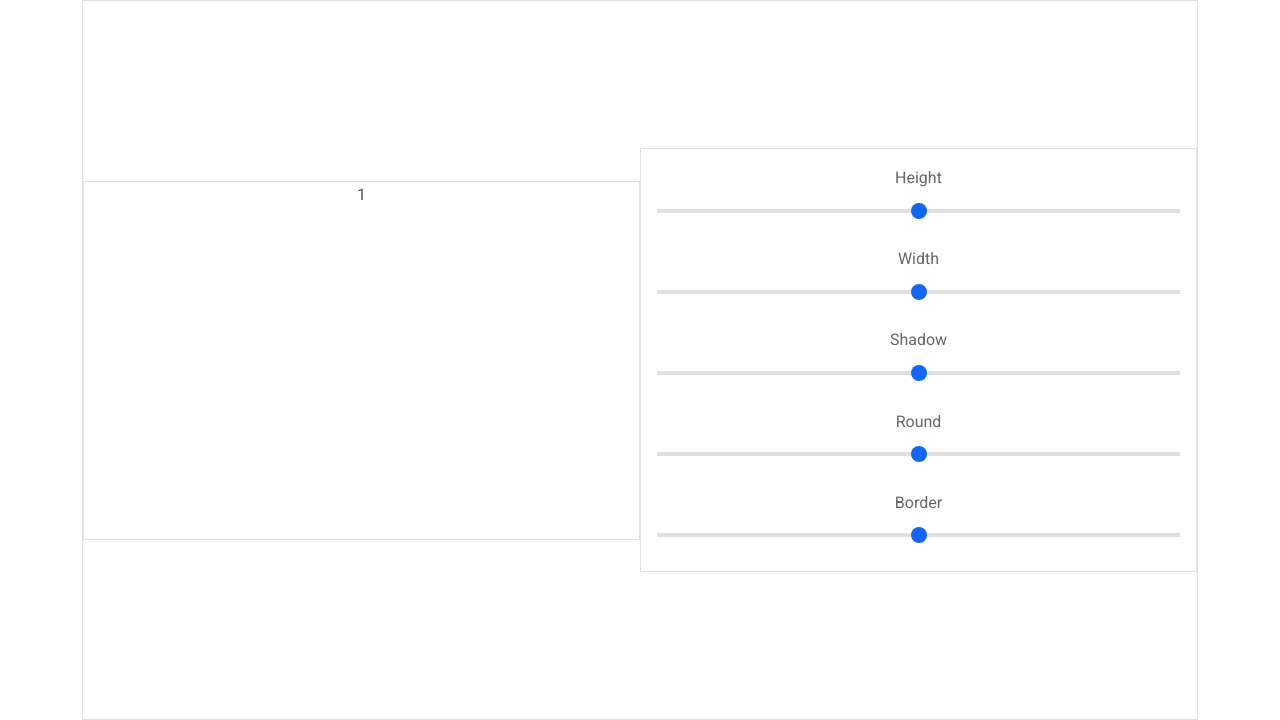
Repository: USaditya98/card-generator
Page: index.html
The author's editor kept a copy of each file at every save. The page is drawn from the files as they stood at one save, then again after a run of saves.
The browser window is 1280 px wide. The pictures show the whole page.

Above is the page before, as saved 2021-10-20 11:19:10.

### index.html
<!DOCTYPE html>
<html lang="en">
  <head>
    <meta charset="UTF-8" />
    <meta name="viewport" content="width=device-width, initial-scale=1, shrink-to-fit=no" />
    <meta http-equiv="x-ua-compatible" content="ie=edge" />
    <title>Material Design for Bootstrap</title>
    <!-- MDB icon -->
    <link rel="icon" href="img/mdb-favicon.ico" type="image/x-icon" />
    <!-- Font Awesome -->
    <link rel="stylesheet" href="https://use.fontawesome.com/releases/v5.15.2/css/all.css" />
    <!-- Google Fonts Roboto -->
    <link
      rel="stylesheet"
      href="https://fonts.googleapis.com/css2?family=Roboto:wght@300;400;500;700;900&display=swap"
    />
    <!-- MDB -->
    <link rel="stylesheet" href="css/mdb.min.css" />
  </head>
  <body>
    <!-- Start your project here-->
    <div class="container">
      <div class="d-flex justify-content-between align-items-center text-center border" style="height: 100vh;">
            <div class="border w-50 h-50" id="create">1</div>
            <div class="border w-50 ">
            <div class="m-3">
                <label class="form-label" for="height">Height</label>
                <div class="range">
                <input type="range" class="form-range" id="height" min="0" max="500" step="10"/>
                </div>
            </div>
            <div class="m-3">
                <label class="form-label" for="width">Width</label>
                <div class="range">
                <input type="range" class="form-range" id="width" min="0" max="500" step="10" />
                </div>
            </div>
            <div class="m-3">
                <label class="form-label" for="shadow">Shadow</label>
                <div class="range">
                <input type="range" class="form-range" id="shadow" min="0" max="50" step="1"/>
                </div>
            </div>
            <div class="m-3">
                <label class="form-label" for="customRange1">Round</label>
                <div class="range">
                <input type="range" class="form-range" id="customRange1" />
                </div>
            </div>
            <div class="m-3">
                <label class="form-label" for="customRange1">Border</label>
                <div class="range">
                <input type="range" class="form-range" id="customRange1" />
                </div>
            </div>
            </div>
      </div>
    </div>
    <!-- End your project here-->

    <!-- MDB -->
    <script type="text/javascript" src="js/mdb.min.js"></script>
    <!-- Custom scripts -->
    <script type="text/javascript">
        function myFunction() {
            var div = document.createElement("DIV");
            document.body.appendChild(btn);
        }
    </script>
  </body>
</html>

Loaded but not shown: css/mdb.min.css (library); js/mdb.min.js (library)

After the next 3 saves:
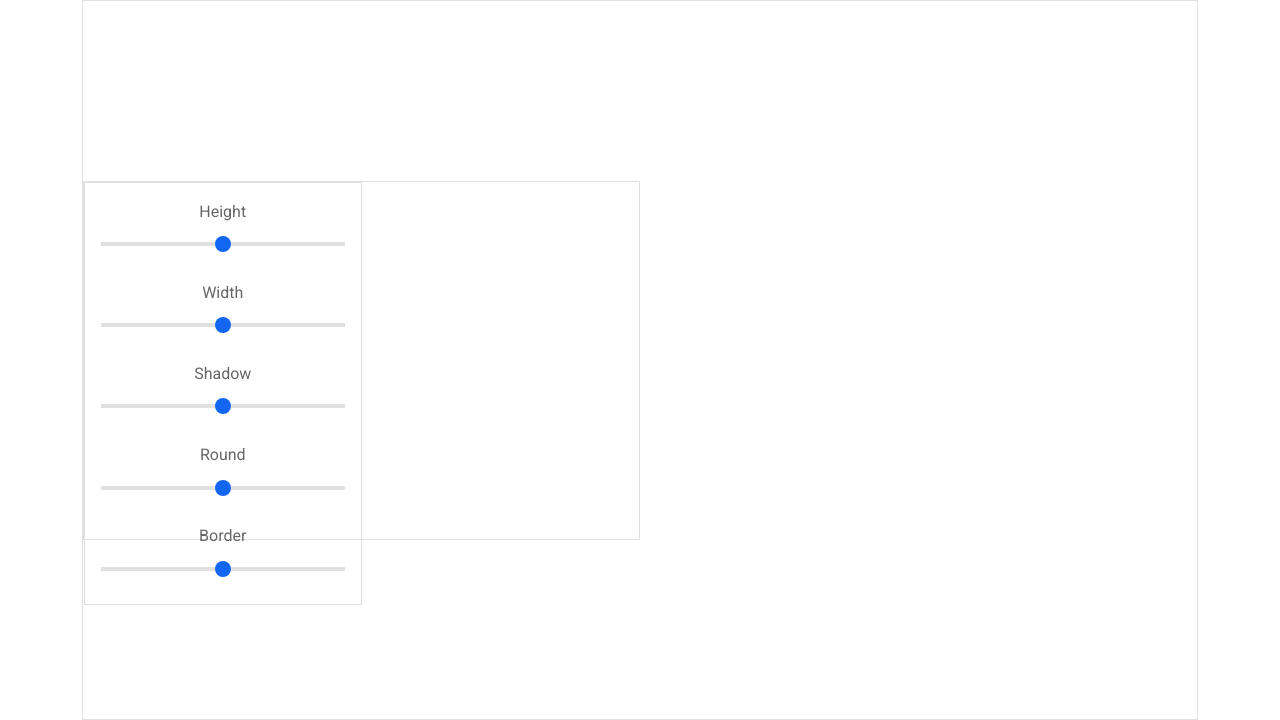
The 3 saves are shown as one change because they came seconds apart.
The last was saved 25 s later.
--- a/index.html
+++ b/index.html
@@ -21,7 +21,9 @@
     <!-- Start your project here-->
     <div class="container">
       <div class="d-flex justify-content-between align-items-center text-center border" style="height: 100vh;">
-            <div class="border w-50 h-50" id="create">1</div>
+            <div class="border w-50 h-50" id="create">
+                <div>
+            </div>
             <div class="border w-50 ">
             <div class="m-3">
                 <label class="form-label" for="height">Height</label>

After the save that followed:
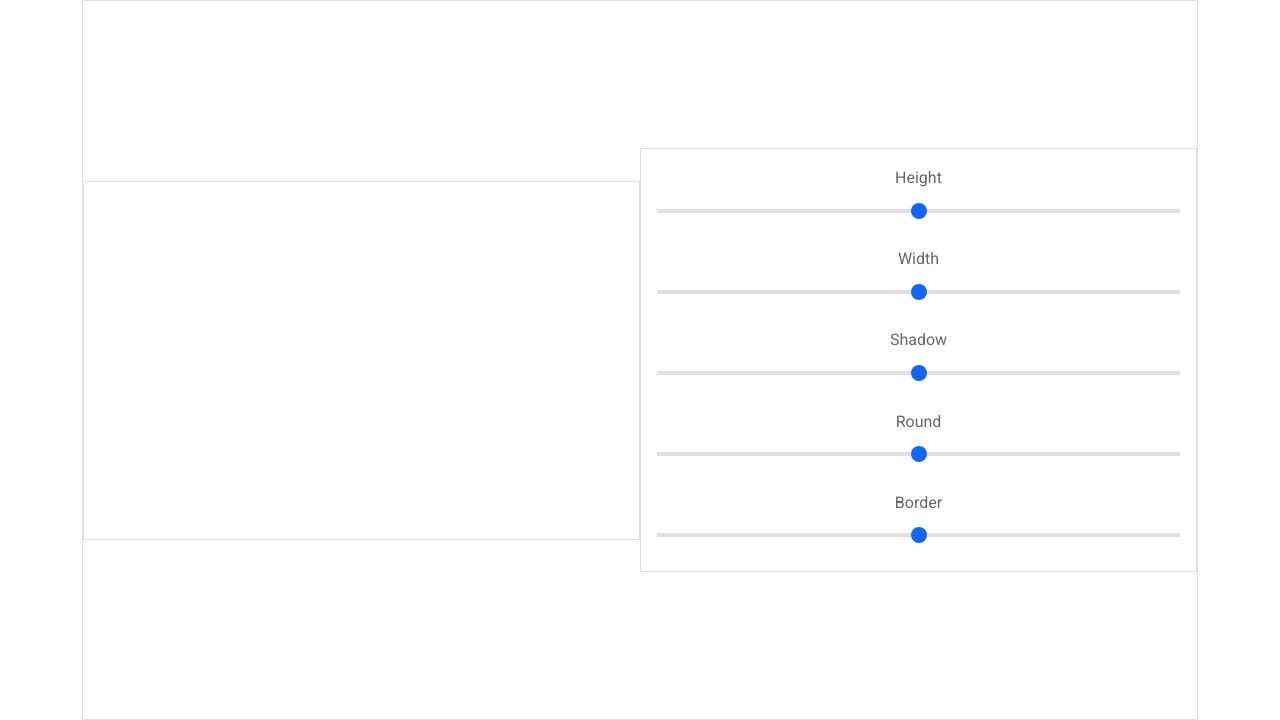
Saved 4 s later.
--- a/index.html
+++ b/index.html
@@ -23,6 +23,7 @@
       <div class="d-flex justify-content-between align-items-center text-center border" style="height: 100vh;">
             <div class="border w-50 h-50" id="create">
                 <div>
+                </div>
             </div>
             <div class="border w-50 ">
             <div class="m-3">
